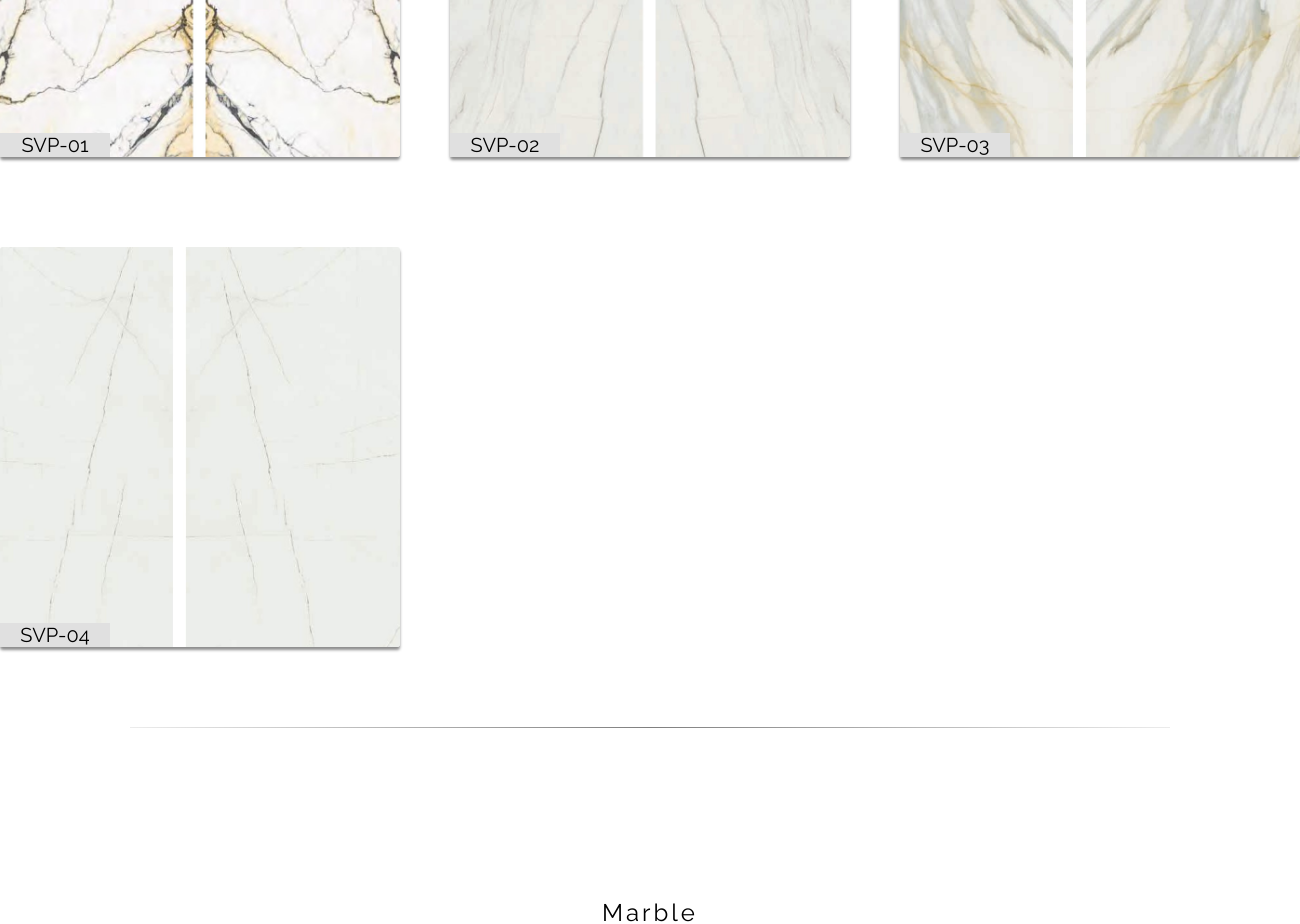
Repository: shayanabedi98/Stones-Village
Page: inventory.html
These files come from the project's save history. The page is drawn as it stood at one moment and after the next save; the edit follows.
The browser window is 1280 px wide. The page is 1300 px wide, so the pictures cover 1300 px, including what lies to the right of the window. The pictures show the part of the page from y = 1116 to 2040 px (the page is 9284 px tall before and 9774 px after).

Above is the page before, as saved 2023-11-06 16:44:23.
Console error: TypeError: Cannot read properties of null (reading 'style')

After the next save:
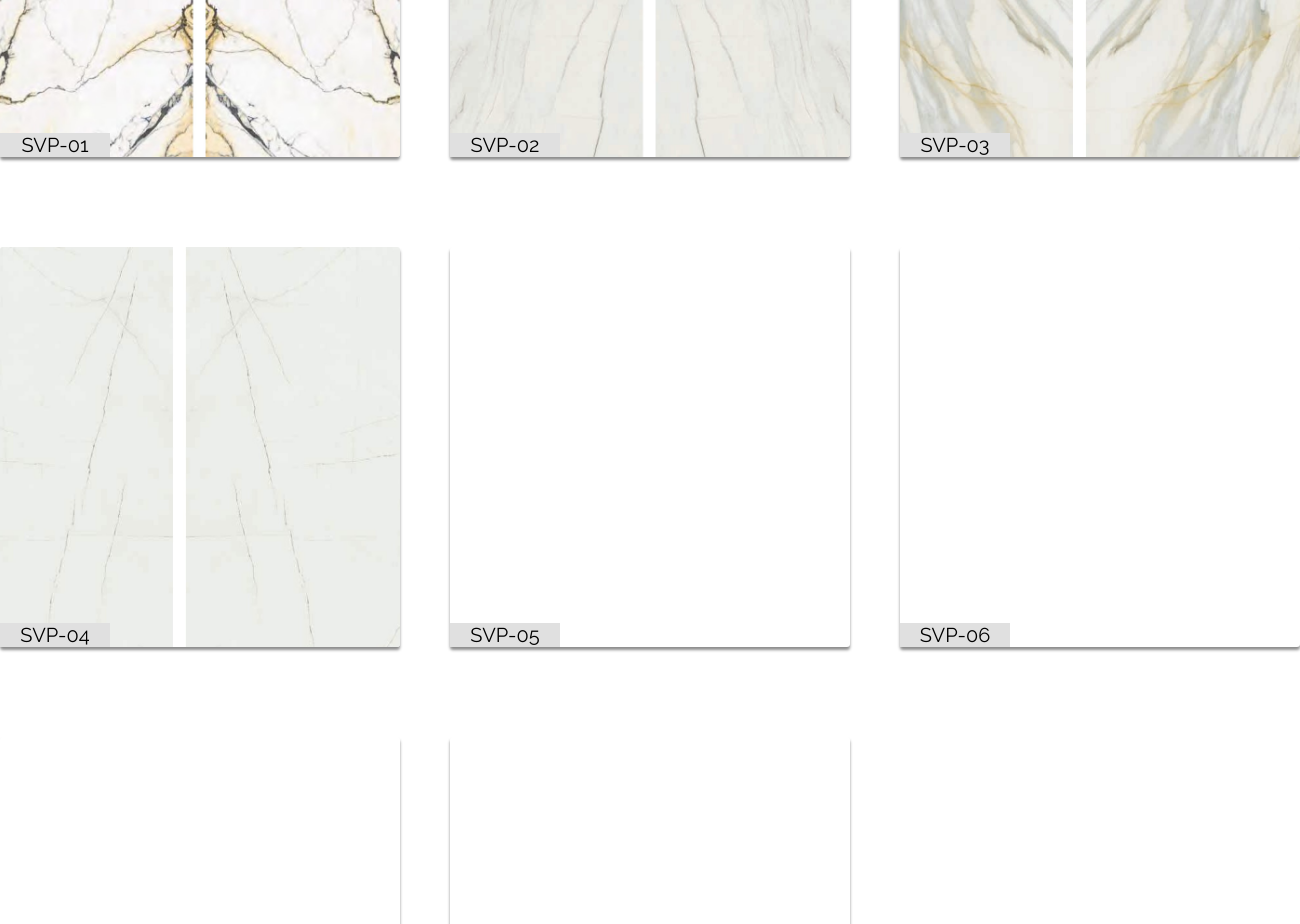
Saved 34 s later.
--- a/inventory.html
+++ b/inventory.html
@@ -99,6 +99,18 @@
                 <div class="item-p svp-04">
                     <p class="name">SVP-04</p>
                 </div>
+                <div class="item-p svp-05">
+                    <p class="name">SVP-05</p>
+                </div>
+                <div class="item-p svp-06">
+                    <p class="name">SVP-06</p>
+                </div>
+                <div class="item-p svp-07">
+                    <p class="name">SVP-07</p>
+                </div>
+                <div class="item-p svp-08">
+                    <p class="name">SVP-08</p>
+                </div>
             </div>
             <hr id="marble">
             <h2>Marble</h2>
